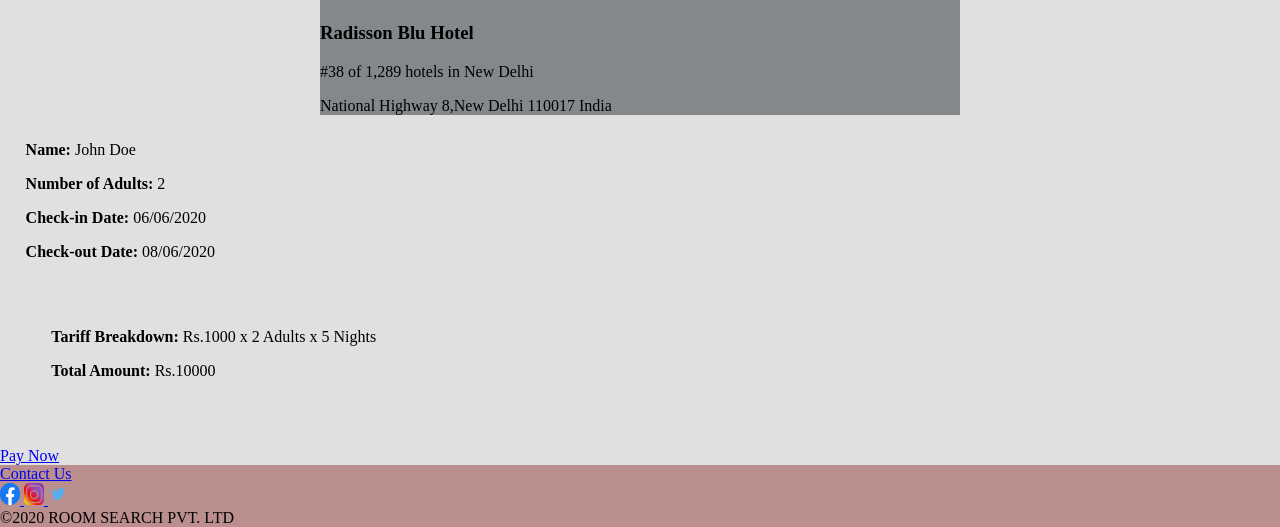
Repository: Aditya-work/Hotel-Booking-Website
Page: payment.html
These files come from the project's save history. The page is drawn as it stood at one moment and after the next save; the edit follows.
The browser window is 1280 px wide. The pictures show the part of the page from y = 590 to 1121 px (the page is 1117 px tall before and 1121 px after).

Above is the page before, as saved 2020-07-14 14:44:21.

After the next save:
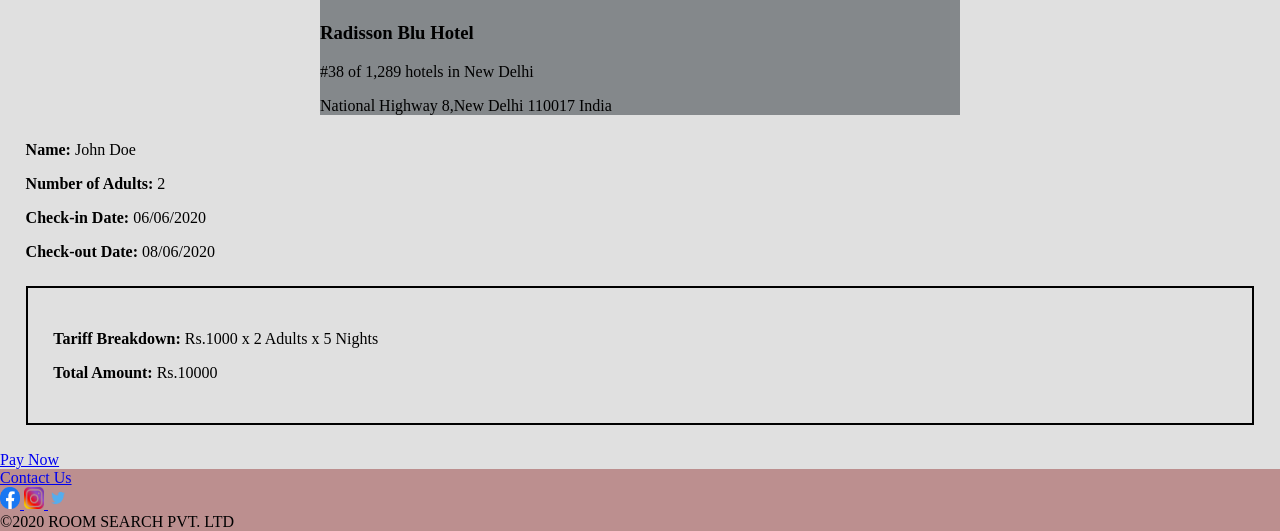
Saved 18 s later.
--- a/styles/payment.css
+++ b/styles/payment.css
@@ -18,6 +18,6 @@
 .payment-details{
     margin: 2%;
     padding: 2%;
-    border: 2% solid black;
+    border: 2px solid black;
     border-bottom: 4%;
 }
